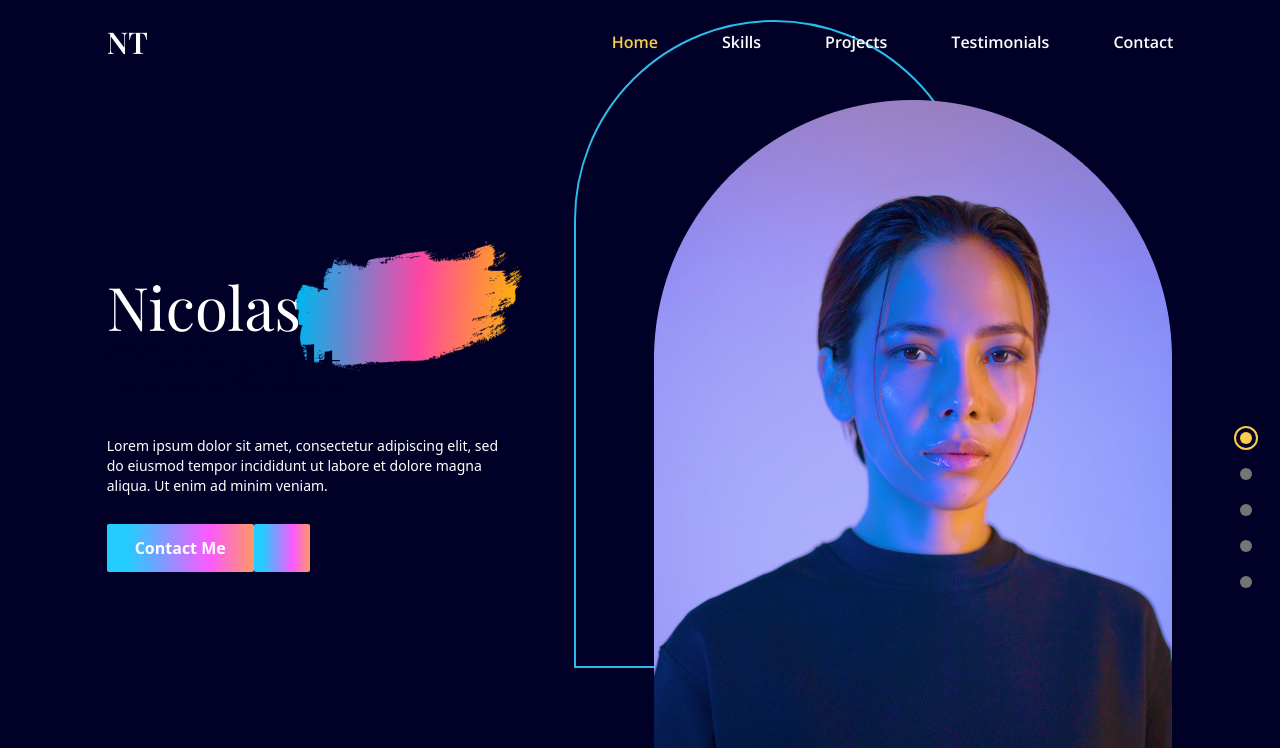
Repository: thibaultNicolas/portfolio-react
Page: /
The author's editor kept a copy of each file at every save. The page is drawn from the files as they stood at one save, then again after a run of saves.
The browser window is 1280 px wide. The pictures show the whole page.
The project was rebuilt for these pictures with package versions that can differ from the ones it lists, and the page was loaded fresh each time. Also part of the build but not shown: next.config.ts.

Above is the page before, as saved 2023-01-08 10:48:46.

After the next 2 saves:
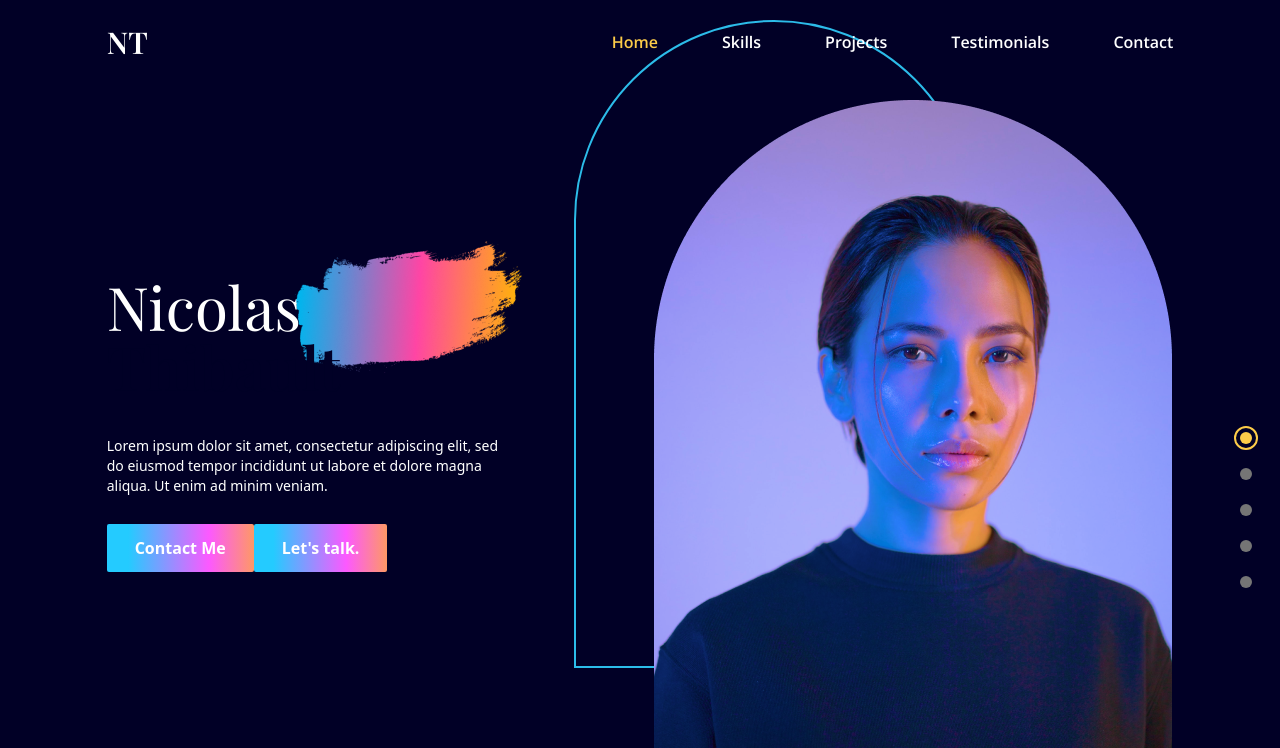
The 2 saves are shown as one change because they came seconds apart.
The last was saved 8 s later.
--- a/src/scenes/Landing.jsx
+++ b/src/scenes/Landing.jsx
@@ -83,7 +83,7 @@ const Landing = ({ setSelectedPage }) => {
                     onClick={()=> setSelectedPage("contact")}
                     href="#contact">
                         <div>
-
+                            Let's talk.
                         </div>
                     </AnchorLink>
                 </motion.div>
